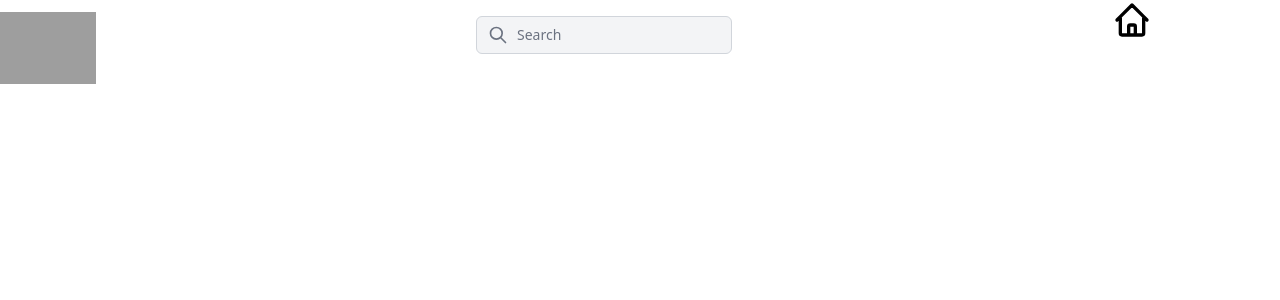
Repository: Qu4ntumGuy/insta-clone
Page: /
An editor plug-in stored every save of this project. The page is shown before and after the next save, followed by the edit.
The browser window is 1280 px wide. The pictures show the whole page.
Pictures or frames that could not be fetched are drawn as grey boxes. The project was rebuilt for these pictures with package versions that can differ from the ones it lists, and the page was loaded fresh each time. The framework's server and built-in components were replaced by stand-ins that run in the browser. Also part of the build but not shown: next.config.js.

Above is the page before, as saved 2022-03-16 12:13:34.

After the next save:
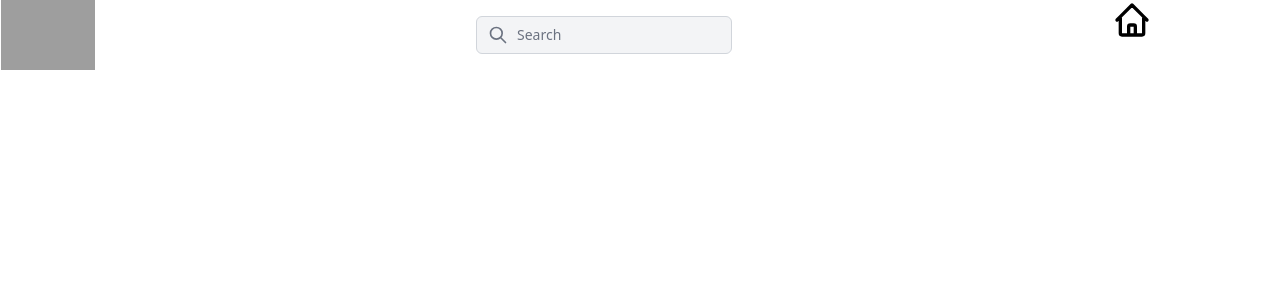
Saved 2 min 1 s later.
--- a/components/Header.js
+++ b/components/Header.js
@@ -13,7 +13,7 @@ const Header = () => {
   return (
     <div>
       <div className="flex justify-between max-w-6xl">
-        <div className="relative h-24 w-24 hidden lg:inline-grid">
+        <div className="relative hidden lg:inline-grid w-24 cursor-pointer">
           <Image
             src="https://logos-world.net/wp-content/uploads/2020/04/Instagram-Logo.png"
             layout="fill"
@@ -21,7 +21,7 @@ const Header = () => {
           />
         </div>
 
-        <div className="relative h-10 w-10 lg:hidden">
+        <div className="relative w-10 lg:hidden flex-shrink-0">
           <Image
             src="https://logos-world.net/wp-content/uploads/2020/04/Instagram-Emblem-700x394.png"
             layout="fill"
@@ -44,9 +44,6 @@ const Header = () => {
         </div>
 
         <HomeIcon className=" h-10 w-10" />
-
-
-
       </div>
     </div>
   );
